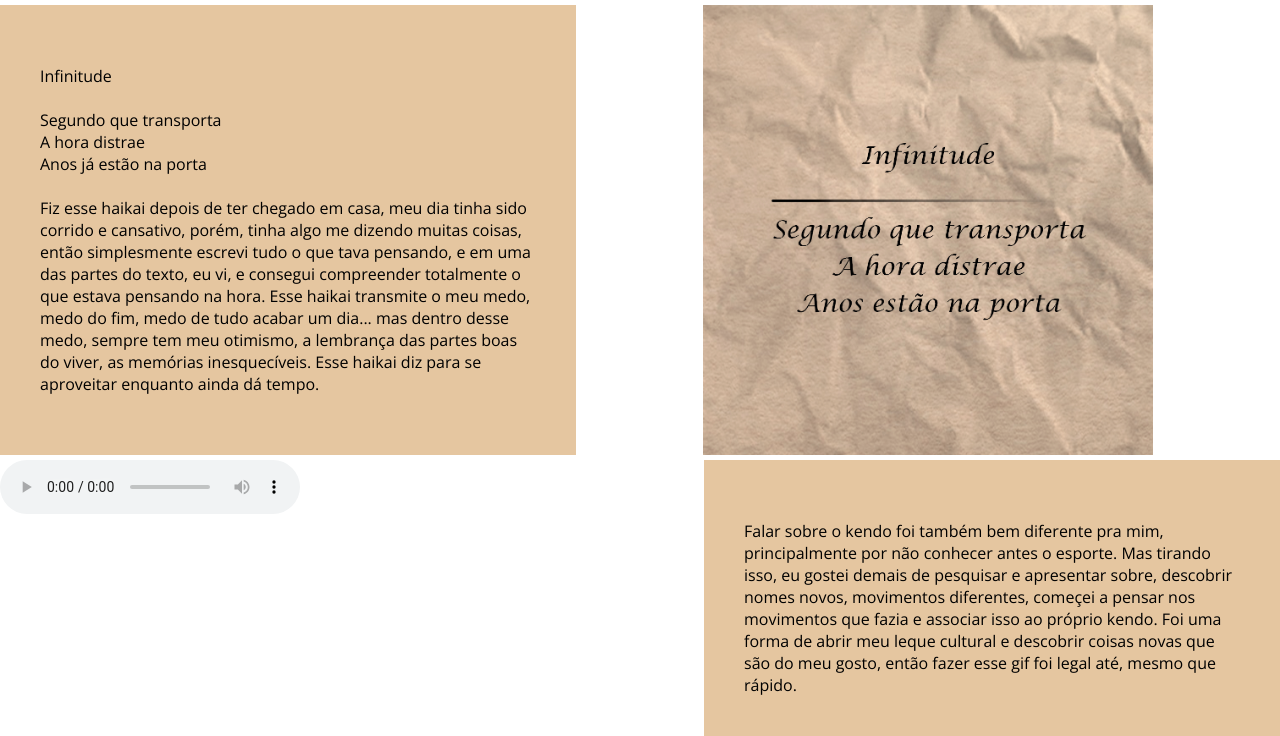
Repository: NewMatheusED/portfolio-linguagens
Page: index.html
An editor plug-in stored every save of this project. The page is shown before and after a run of saves, followed by the edit.
The browser window is 1280 px wide. The pictures show the part of the page from y = 1212 to 1948 px (the page is 2256 px tall).
A picture or video elsewhere on the page could not be fetched, so the positions and the page height are approximate.

Above is the page before, as saved 2022-11-20 09:42:19.

### index.html
<!DOCTYPE html>
<html lang="pt-br">
<head>
    <meta charset="UTF-8">
    <link href="https://fonts.googleapis.com/css2?family=Open+Sans&display=swap" rel="stylesheet">
    <link rel="stylesheet" href="style.css">
    <meta name="viewport" content="width=device-width, initial-scale=1.0">
    <meta name="description" content="Descrição do site">
    <meta name="keywords" content="LandingPage,Início,Começo">
    <meta name="author" content="Matheus Eduardo">
    <title>Landing Page</title>
</head>
<body>
    <header>
        <div class="container">
            <h2>MATHEUS EDUARDO MENDONÇA GOMES</h2>
            <div class="clear"></div><!--clear-->
        </div><!--container-->
    </header>

    <section class="chamada">
        <div class="container">
           <div><h2>Trabalho Integrado de Linguagens</h2></div>
            <div><p>Olá! Esse é meu portfólio com os trabalhos produzidos na área. Espero que goste!
            </p></div>
                <div class="arrow"></div>
                </div><!--container-->
    </section><!--chamada-->

    <section class="mosaico">

        <div class="container">

            <div class="flex-mosaico">
                <div class="item-1-mosaico" style="background-image: url(cobra.png);">
                </div><!--item-1-mosaico-->

                <div class="item-2-mosaico">
                    <p>Como proposta para a área de arte, tivemos que desenhar algo para ser a logo da nossa sala, e assim fazer uma estampa de camisa. O tema foi sorteado pela sala, cobra, algo que não me agradou muito, porém tudo bem... Como ideia, quis fazer uma cobra em movimento, para se fixar em posição de ataque. Fiz algo minimalista, porém com uma leve textura para dar inpressão de pele mais grossa.</p>
                </div><!--item-2-mosaico-->
            </div><!--flex-mosaico-->

            <div class="flex-mosaico" style="flex-direction: row-reverse;">
                <div class="item-1-mosaico" style="background-image: url(bordado.png);">
                </div><!--item-1-mosaico-->

                <div class="item-2-mosaico">
                    <p>Sendo o trabalho mais legal e mais chato ao mesmo tempo, fazer o bordado foi algo que saiu do que esperava. Ainda não posso dizer que entendi o porquê dessa solicitação, porém foi legal ficar fazendo isso com a minha mãe, algo que realmente me distraiu demais. Esse processo lento, porém, cada fio passado você repara a evolução. Gostei desse trabalho por isso, pelo o que me fez sentir no processo, e não gostei por conta de ter demorado um tanto bom pra aprender em casa.</p>
                </div><!--item-2-mosaico-->
            </div><!--flex-mosaico-->

            <div class="flex-mosaico">
                <div class="item-1-mosaico" style="background-image: url(kendo.gif);">
                </div><!--item-1-mosaico-->

                <div class="item-2-mosaico">
                    <p>Falar sobre o kendo foi também bem diferente pra mim, principalmente por não conhecer antes o esporte. Mas tirando isso, eu gostei demais de pesquisar e apresentar sobre, descobrir nomes novos, movimentos diferentes, começei a pensar nos movimentos que fazia e associar isso ao próprio kendo. Foi uma forma de abrir meu leque cultural e descobrir coisas novas que são do meu gosto, então fazer esse gif foi legal até, mesmo que rápido.</p>
                </div><!--item-2-mosaico-->
            </div><!--flex-mosaico-->

            <div class="flex-mosaico" style="flex-direction: row-reverse;">
                <div class="item-1-mosaico" style="background-image: url(haikai.jpg);">
                </div><!--item-1-mosaico-->

                <div class="item-2-mosaico">
                    <p>Infinitude<br><br>
                        Segundo que transporta<br>
                        A hora distrae<br>
                        Anos já estão na porta<br><br>
                    Fiz esse haikai depois de ter chegado em casa, meu dia tinha sido corrido e cansativo, porém, tinha algo me dizendo muitas coisas, então simplesmente escrevi tudo o que tava pensando, e em uma das partes do texto, eu vi, e consegui compreender totalmente o que estava pensando na hora. Esse haikai transmite o meu medo, medo do fim, medo de tudo acabar um dia... mas dentro desse medo, sempre tem meu otimismo, a lembrança das partes boas do viver, as memórias inesquecíveis. Esse haikai diz para se aproveitar enquanto ainda dá tempo.</p>
                </div><!--item-2-mosaico-->
            </div><!--flex-mosaico-->

            <div class="flex-mosaico">
                <div class="item-1-mosaico">
                    <audio controls>
                        <source src="Haiku.mp3" type="audio/mpeg">
                    </audio>
                </div><!--item-1-mosaico-->

                <div class="item-2-mosaico">
                    <p>Falar sobre o kendo foi também bem diferente pra mim, principalmente por não conhecer antes o esporte. Mas tirando isso, eu gostei demais de pesquisar e apresentar sobre, descobrir nomes novos, movimentos diferentes, começei a pensar nos movimentos que fazia e associar isso ao próprio kendo. Foi uma forma de abrir meu leque cultural e descobrir coisas novas que são do meu gosto, então fazer esse gif foi legal até, mesmo que rápido.</p>
                </div><!--item-2-mosaico-->
            </div><!--flex-mosaico-->
        </div><!--container-->
    </section><!--mosaico-->

    <footer>
        <div class="container">
        <p>Todos os direitos reservados</p>
        <p>Contato (00) 00000-0000</p>
        <img src="../projeto_02/logo1.png">
        </div><!--container-->
    </footer>
</body>
</html>

### style.css
* {
    margin: 0;
    padding: 0;
    box-sizing: border-box;
    font-family: 'Open Sans', sans-serif;
}

html, body {
    height: 100%;
}

.clear {
    clear: both;
}

.container {
    width: 100%;
    max-width: 1280px;
    margin: 0 auto;
}

header {
    background-color: rgb(220,220,220);
    padding: 10px 2% 20px 2%;
    text-align: center;
}

.logo-1 {
    float: left;
    margin-top: 10px;
    width: 150px;
    height: 60px;
    background-image: url(../projeto_02/logo1.png);
    background-size: 100% auto;
    background-position: center;
    background-repeat: no-repeat;
}

.logo-2 {
    float: right;
    width: 160px;
    height: 60px;
    background-image: url(../projeto_02/logo2.png);
    background-size: 100% auto;
    background-position: center;
    background-repeat: no-repeat;
}

.cover-form {
    width: 100%;
}

.bg {
    position: relative;
    height: 560px;
    background-size: cover;
    background-position: center;
    background-image: url(../projeto_02/bg-form.jpg);
}

.form-container {
    position: absolute;
    right: 30px;
    top: -2.5%;
    box-shadow: 2px 2px 2px 1px rgb(180,180,180);
    width: 400px;
    height: 105%;
    background-color: white;
}

.form-container h2 {
    font-weight: normal;
    font-size: 18px;
    color: black;
    padding: 25px 15px;
    background-color: rgb(210,210,210);
}

.form-container form {
    margin-top: 20px;
    padding: 15px;
}

.form-container form p {
    font-size: 13px;
    color: #525252;
}

.form-wraper:not(:first-child) {
    margin-top: 40px;
}

.form-wraper:last-child {
    margin-top: 20px;
}

.form-container form input[type=text] {
    width: 100%;
    border: 1px solid #ccc;
    height: 45px;
    line-height: 45px;
    padding-left: 10px;
}

.form-container form input[type=submit] {
    background-color: #033C50;
    text-transform: uppercase;
    color: white;
    width: 100%;
    font-size: 17px;
    height: 50px;
    cursor: pointer;
    border: none;
}

.chamada {
    z-index: 0;
    width: 100%;
    text-align: center;
}

.arrow {
    width: 64px;
    height: 64px;
    z-index: 3;
    background-image: url(../projeto_02/arrow.png);
    background-size: 100% 100%;
    position: relative;
    top: -183px;
    left: 50%;
    margin-left: -20px;
}

.chamada .container {
    padding: 70px 0 50px 0;
    background-color: #887968;
}

.chamada h2 {
    text-transform: uppercase;
    width: 98%;
    max-width: 700px;
    display: inline-block;
    color: white;
    font-size: 35px;
    font-weight: normal;
}

.chamada p {
    width: 98%;
    font-size: 20px;
    color: white;
    margin-top: 10px;
    font-weight: normal;
}

.flex-mosaico {
    display: flex;
    margin-top: 5px;
}

.item-1-mosaico {
    background-size: contain;
    background-repeat: no-repeat;
    background-position: center;
    width: 55%;
}

.item-2-mosaico {
    background-color: #e5c6a0;
    color: black;
    padding: 60px 40px;
    width: 45%;
}

footer .container {
    text-align: center;
    padding: 40px 0;
    background-color: rgb(220,220,220);
}

footer p {
    margin-top: 8px;
}

footer img {
    width: 150px;
    margin-top: 30px;
}

@media screen and (max-width: 960px) {

    .bg {
        height: auto;
        padding: 40px 0;
        text-align: center;
    }

    .form-container {
        height: auto;
        width: 96%;
        max-width: 400px;
        display: inline-block;
        position: static;
    }
}

@media screen and (max-width:768px) {
    .flex-mosaico {
        display: block;
    }

    .item-1-mosaico {
        padding-top: 50%;
        width: 100%;
    }

    .item-2-mosaico {
        text-align: justify;
        width: 100%;
    }
}

@media screen and (max-width: 510px) {
    header {
        text-align: center;
    }

    .logo-1, .logo-2 {
        right: 0;
        text-align: center;
        margin-top: 10px;
        display: inline-block;
        float: none;
    }
}

After the next 5 saves:
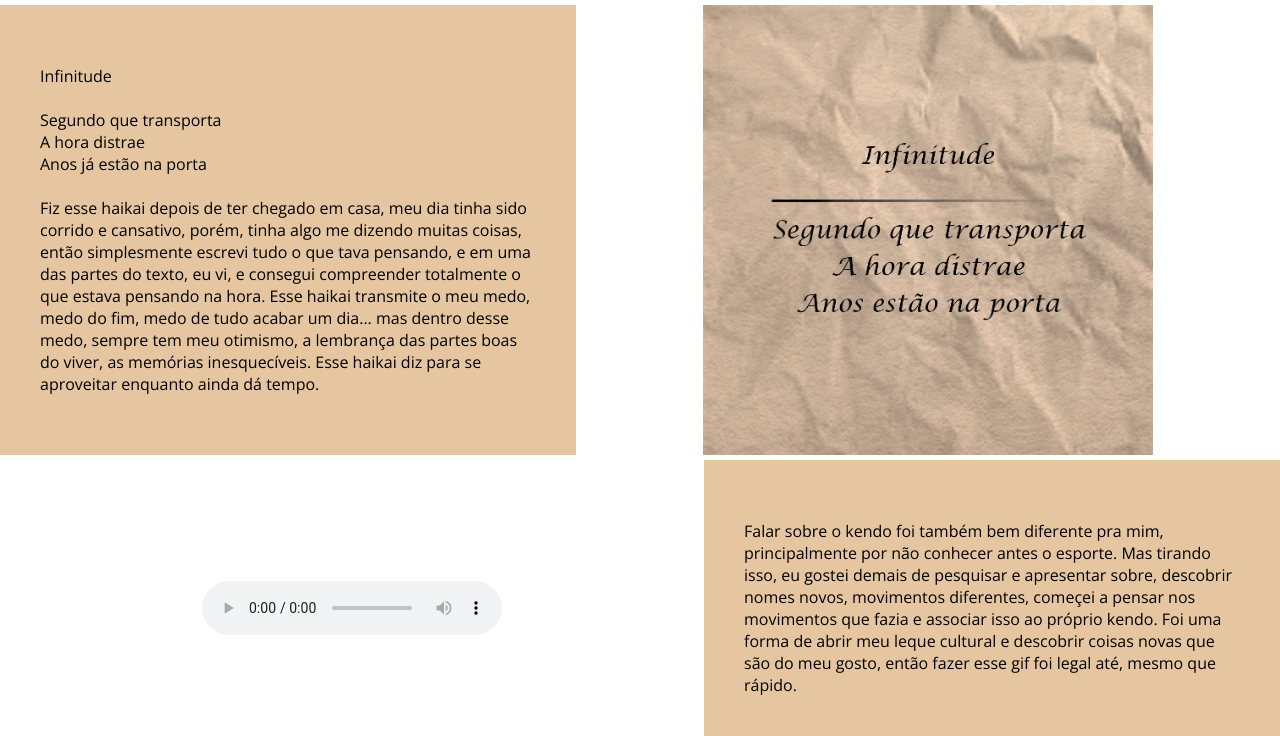
The 5 saves are shown as one change because they came seconds apart.
The last was saved 90 s later.
--- a/style.css
+++ b/style.css
@@ -166,6 +166,13 @@ header {
     width: 55%;
 }
 
+.item-1-mosaico audio {
+    position: relative;
+    left: 50%;
+    top: 50%;
+    transform: translate(-50%, -50%);
+}
+
 .item-2-mosaico {
     background-color: #e5c6a0;
     color: black;
